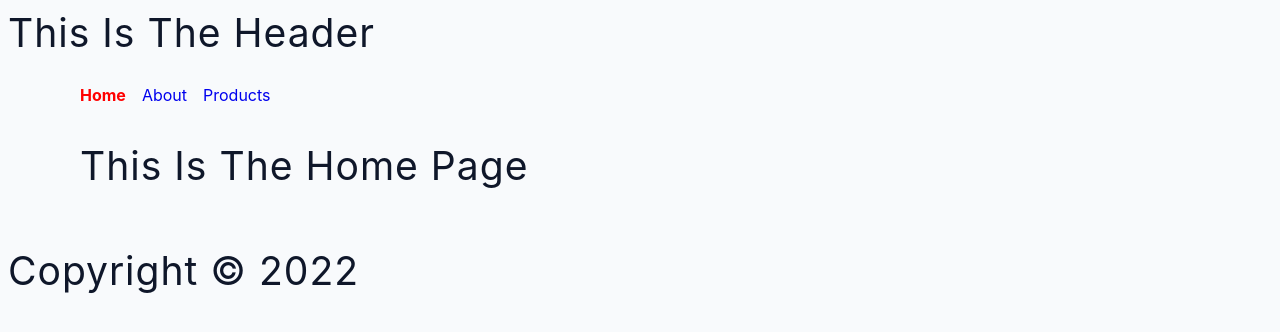
Repository: kennedyowusu/react-router-tutorial
Page: /
The author's editor kept a copy of each file at every save. The page is drawn from the files as they stood at one save, then again after the next save.
The browser window is 1280 px wide. The pictures show the whole page.
The project was rebuilt for these pictures with package versions that can differ from the ones it lists, and the page was loaded fresh each time. Also part of the build but not shown: src/pages/About.js, src/pages/Products.js, src/pages/Error.js, src/components/Navbar.js.

Above is the page before, as saved 2022-12-27 16:32:50.

### src/App.js
import { BrowserRouter, Routes, Route } from "react-router-dom";
import About from "./pages/About";
import Products from "./pages/Products";
import Home from "./pages/Home";
import Error from "./pages/Error";
import SharedLayout from "./pages/SharedLayout";

function App() {
  return (
    <BrowserRouter>
      <Routes>

        <Route path="/" element={<SharedLayout />}>
          <Route index element={<Home />} />
          <Route path="about" element={<About />} />
          <Route path="products" element={<Products />} />
          <Route path="*" element={<Error />} />
        </Route>

      </Routes>
    </BrowserRouter>
  );
}

export default App;

### src/pages/Home.js

const Home = () => {
  return (
    <section className='section'>
      <h2>This is the Home Page</h2>
    </section>
  );
};
export default Home;

### src/pages/SharedLayout.js
import { Outlet } from 'react-router-dom';
import Header from '../components/Header';
import Navbar from '../components/Navbar';
import Footer from '../components/Footer';
import StyledNavbar from '../components/StyledNavbar';

const SharedLayout = () => {
  return (
    <>
      <Header />
      <StyledNavbar />
        <Outlet />
      <Footer />
    </>
  )
}

export default SharedLayout

### src/components/Header.js
import React from 'react'

const Header = () => {
  return (
    <header>
      <h2>This is the header</h2>
    </header>
  )
}

export default Header

### src/components/Footer.js
import React from 'react'

const Footer = () => {
  return (
    <footer>
     <h2>
      Copyright &copy; 2022
      </h2>
    </footer>
  )
}

export default Footer

### src/components/StyledNavbar.js
import React from 'react'
import { NavLink } from 'react-router-dom'

const StyledNavbar = () => {
  return (
    <nav className='navbar'>
    <NavLink to='/' style={(isActive) => {
      return {
        color: isActive ? 'red' : 'black',
        fontWeight: isActive ? 'bold' : 'normal',
      }
     }}>Home</NavLink>
     <NavLink to='/about'>About</NavLink>
     <NavLink to='/products'>Products</NavLink>
    </nav>
  )
}

export default StyledNavbar

Loaded but not shown: public/index.html (common file); src/index.js (common file); src/index.css (common file)

After the next save:
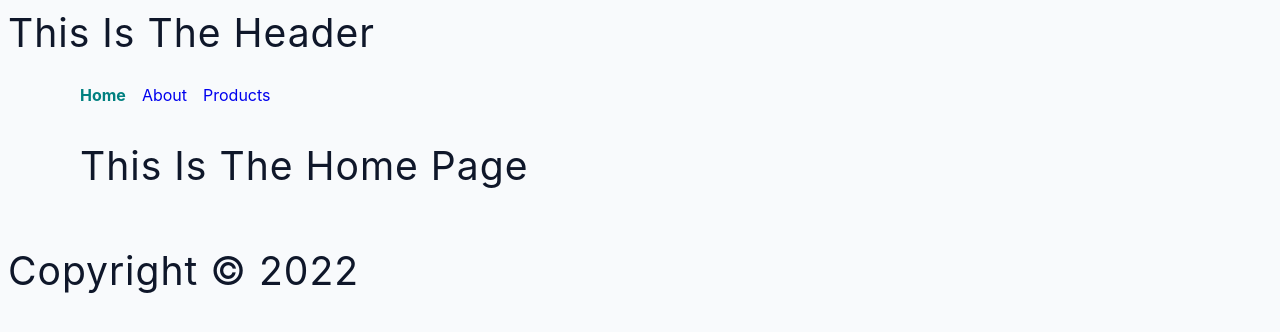
Saved 26 s later.
--- a/src/components/StyledNavbar.js
+++ b/src/components/StyledNavbar.js
@@ -6,7 +6,7 @@
     <nav className='navbar'>
     <NavLink to='/' style={(isActive) => {
       return {
-        color: isActive ? 'red' : 'black',
+        color: isActive ? 'teal' : 'black',
         fontWeight: isActive ? 'bold' : 'normal',
       }
      }}>Home</NavLink>

After the save that followed:
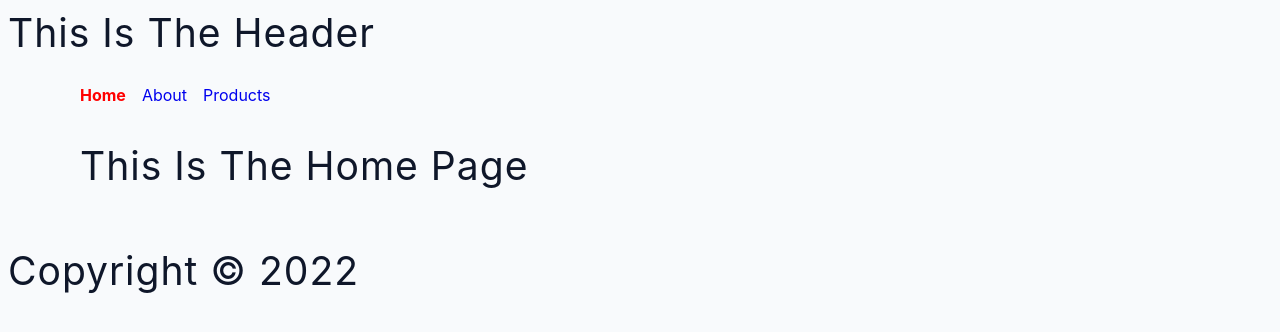
Saved 4 s later.
--- a/src/components/StyledNavbar.js
+++ b/src/components/StyledNavbar.js
@@ -6,7 +6,7 @@
     <nav className='navbar'>
     <NavLink to='/' style={(isActive) => {
       return {
-        color: isActive ? 'teal' : 'black',
+        color: isActive ? 'red' : 'black',
         fontWeight: isActive ? 'bold' : 'normal',
       }
      }}>Home</NavLink>
